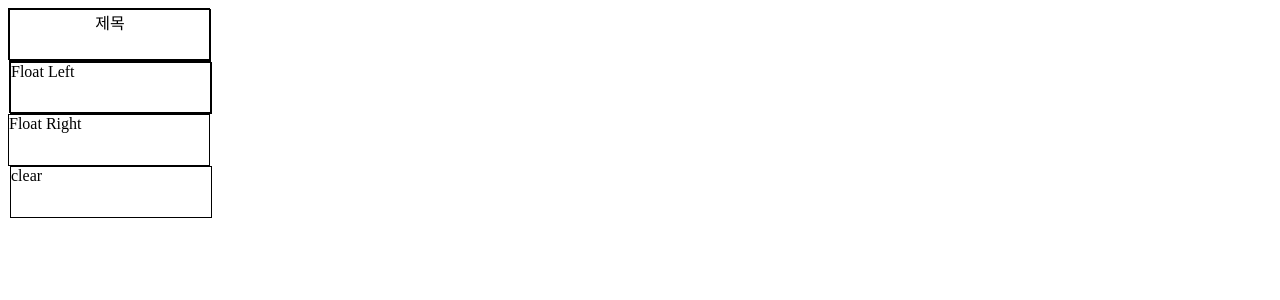
Repository: Seonhanbit/dev
Page: work_frontend/CSSEx/WebContent/09positioning/03.float.html
The author's editor kept a copy of each file at every save. The page is drawn from the files as they stood at one save, then again after the next save.
The browser window is 1280 px wide. The pictures show the whole page.

Above is the page before, as saved 2019-08-27 05:58:14.

### work_frontend/CSSEx/WebContent/09positioning/03.float.html
<!DOCTYPE html PUBLIC "-//W3C//DTD HTML 4.01 Transitional//EN" "http://www.w3.org/TR/html4/loose.dtd">
<html>
<head>
<meta http-equiv="Content-Type" content="text/html; charset=UTF-8">
<title>Insert title here</title>
<style type="text/css">
div{width:200px;height:50px; border:1px solid #000;}

.a{float:left; border:1px solid #000;}
.b{float:right;}

.c{border: 7px dotted #f00; }

.d{clear:both;}
.outer{
	width : 405;
}
</style>
</head>
<body>
<div id = "outer">
<div style ="text-align : center;">제목</div>
<div class="outer">
<div class="a">Float Left</div>
<div class="b">Float Right</div>
<!-- <div class="c">No Float</div> -->
<div class="d">clear</div>
</div>
</div>
</body>
</html>

After the next save:
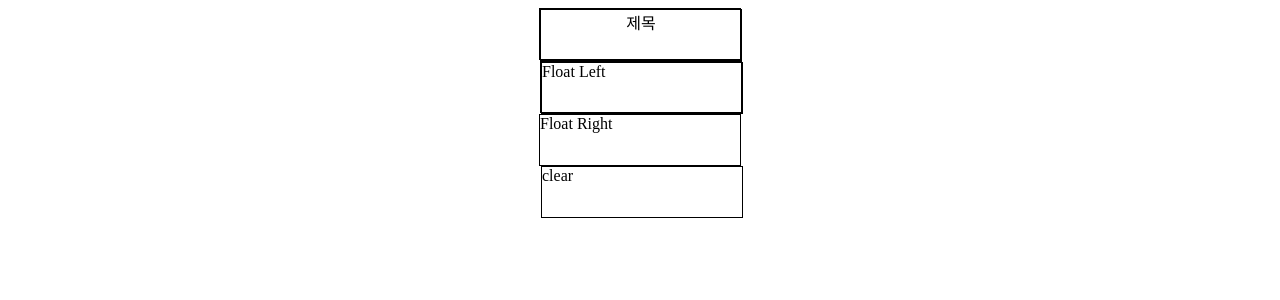
Saved 34 s later.
--- a/work_frontend/CSSEx/WebContent/09positioning/03.float.html
+++ b/work_frontend/CSSEx/WebContent/09positioning/03.float.html
@@ -12,15 +12,18 @@ div{width:200px;height:50px; border:1px solid #000;}
 .c{border: 7px dotted #f00; }
 
 .d{clear:both;}
-.outer{
+.body{
 	width : 405;
+}
+#outer{
+	margin : 0 auto;
 }
 </style>
 </head>
 <body>
 <div id = "outer">
 <div style ="text-align : center;">제목</div>
-<div class="outer">
+<div class="body">
 <div class="a">Float Left</div>
 <div class="b">Float Right</div>
 <!-- <div class="c">No Float</div> -->
